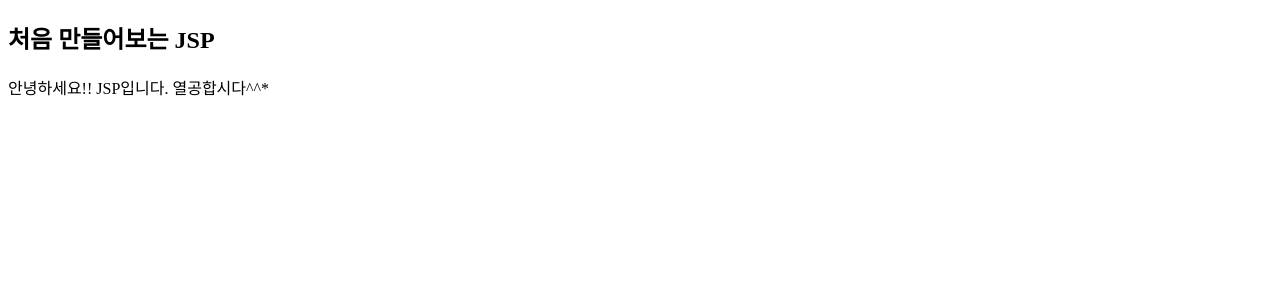
Repository: carnelli95/workspace_JSP
Page: http://localhost/MustHaveJSP/HelloJSP.jsp
The author's editor kept a copy of each file at every save. The page is drawn from the files as they stood at one save, then again after the next save.
The browser window is 1280 px wide. The pictures show the whole page.
The page is served by Tomcat 9.

Above is the page before, as saved 2025-09-22 06:27:06.

After the next save:
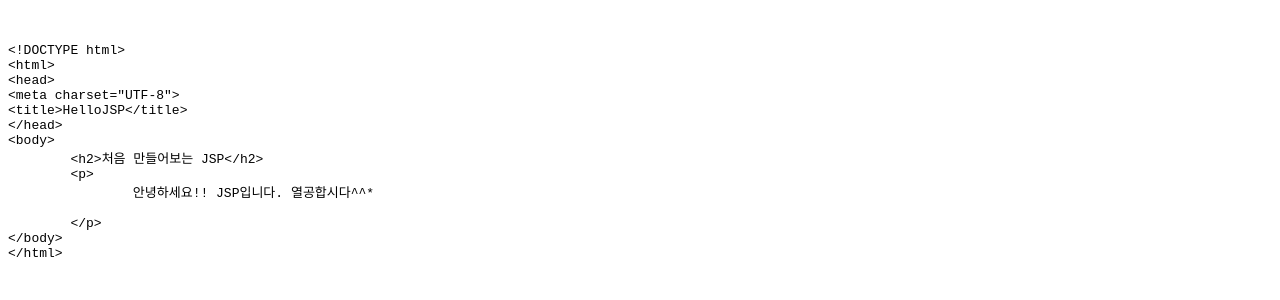
Saved 29 s later.
--- a/MustHaveJSP/src/main/webapp/HelloJSP.jsp
+++ b/MustHaveJSP/src/main/webapp/HelloJSP.jsp
@@ -1,4 +1,4 @@
-<%@ page language="java" contentType="text/html; charset=UTF-8"
+<%@ page language="java" contentType="text/plain; charset=UTF-8"
     pageEncoding="UTF-8"%>
 <%!
 	String str1 = "JSP";

After the save that followed:
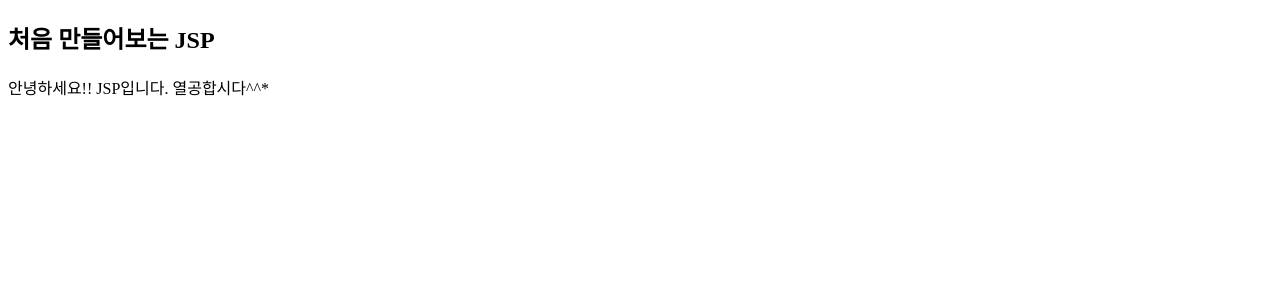
Saved 27 s later.
--- a/MustHaveJSP/src/main/webapp/HelloJSP.jsp
+++ b/MustHaveJSP/src/main/webapp/HelloJSP.jsp
@@ -1,4 +1,4 @@
-<%@ page language="java" contentType="text/plain; charset=UTF-8"
+<%@ page language="java" contentType="text/html; charset=UTF-8"
     pageEncoding="UTF-8"%>
 <%!
 	String str1 = "JSP";
